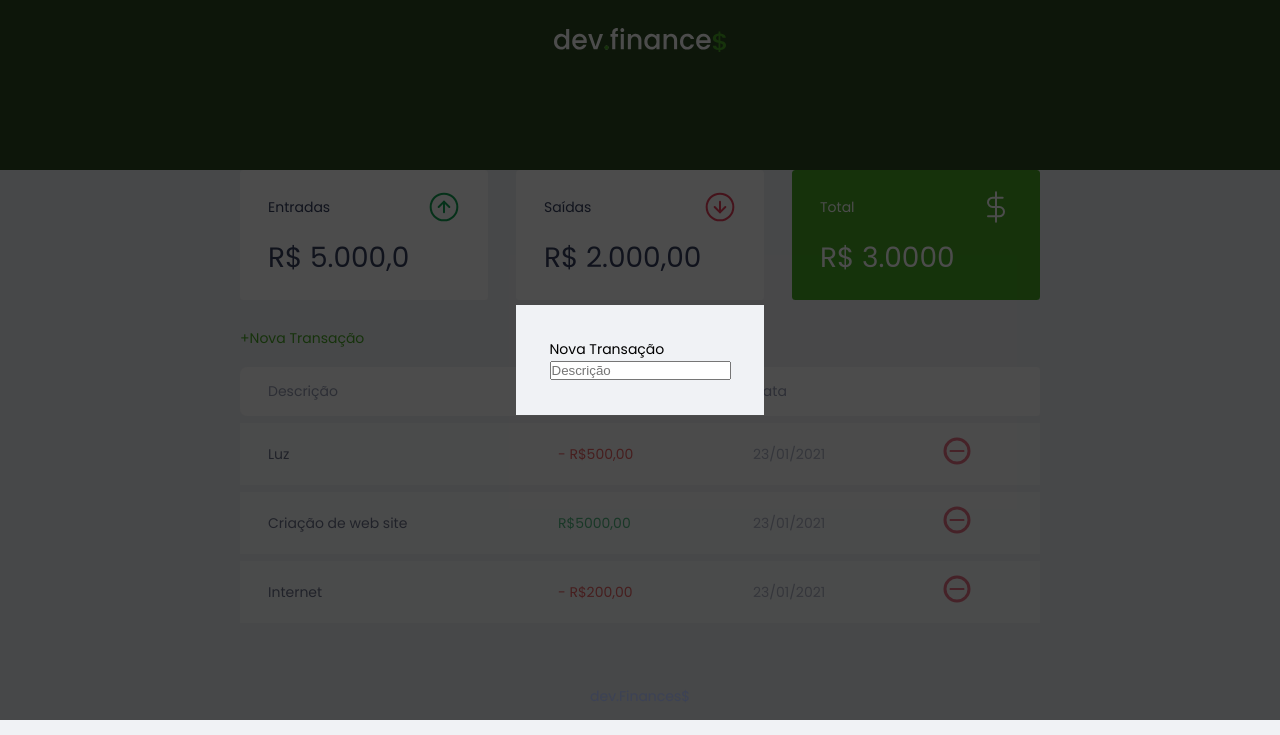
Repository: rafaelmgr12/maratona-dev01
Page: index.html
These files come from the project's save history. The page is drawn as it stood at one moment and after the next save; the edit follows.
The browser window is 1280 px wide. The pictures show the whole page.

Above is the page before, as saved 2021-04-28 11:28:37.

### index.html
<!DOCTYPE html>
<html lang="pt-br">
  <head>
    <meta charset="UTF-8" />
    <meta http-equiv="X-UA-Compatible" content="IE=edge" />
    <meta name="viewport" content="width=device-width, initial-scale=1.0" />
    <title>Rafael-app.finance$</title>
    <link rel="stylesheet" href="style.css" />
    <link rel="preconnect" href="https://fonts.gstatic.com" />
    <link
      href="https://fonts.googleapis.com/css2?family=Poppins:ital,wght@0,100;0,400;0,700;1,100;1,400;1,700&display=swap"
      rel="stylesheet"
    />
  </head>
  <body>
    <header>
      <img src="./assets/logo.svg" alt="Logo dev.Finance" />
    </header>
    <main class="container">
      <section id="balance">
        <h2 class="sr-only">Balanço</h2>

        <div class="card">
          <h3>
            <span>Entradas </span>
            <img src="./assets/income.svg" alt="Imagem de entradas" />
          </h3>
          <p>R$ 5.000,0</p>
        </div>
        <div class="card">
          <h3>
            <span>Saídas</span>
            <img src="./assets/expense.svg" alt="Image de saídas" />
          </h3>
          <p>R$ 2.000,00</p>
        </div>
        <div class="card total">
          <h3>
            <span>Total</span>
            <img src="./assets/total.svg" alt="Image de total" />
          </h3>
          <p>R$ 3.0000</p>
        </div>
      </section>
      <section id="transaction">
        <h2 class="sr-only">Transações</h2>

        <a href="#" class="button new">+Nova Transação</a>

        <table id="data-table">
          <thead>
            <tr>
              <th>Descrição</th>
              <th>Valor</th>
              <th>Data</th>
              <th></th>
            </tr>
          </thead>
          <tbody>
            <tr>
              <td class="description">Luz</td>
              <td class="expense">- R$500,00</td>
              <td class="date">23/01/2021</td>
              <td><img src="./assets/minus.svg" alt="Retirar Transação" /></td>
            </tr>
            <tr>
              <td class="description">Criação de web site</td>
              <td class="income">R$5000,00</td>
              <td class="date">23/01/2021</td>
              <td><img src="./assets/minus.svg" alt="Retirar Transação" /></td>
            </tr>
            <tr>
              <td class="description">Internet</td>
              <td class="expense">- R$200,00</td>
              <td class="date">23/01/2021</td>
              <td><img src="./assets/minus.svg" alt="Retirar Transação" /></td>
            </tr>
          </tbody>
        </table>
      </section>
    </main>
    <div class="modal-overlay active">
      <div class="modal">
        Nova Transação
        <form action="">
          <div class="input-group">
            <label for="description"> </label>
            <input type="text"
                    id = "description"
                    name= "description"
                    placeholder="Descrição"
            />
          </div>
        </form>
      </div>
    </div>
    <footer>dev.Finances$</footer>
  </body>
</html>

### style.css
/* Global ======================================== */
:root {
  --dark-blue: #363f5f;
}
* {
  margin: 0;
  padding: 0;
  box-sizing: border-box;
}

html{
  font-size: 93.75%; /* 15px */
}

body {
  background: #f0f2f5;
  font-family: "Poppins", sans-serif;
}
/*Tricks para sumir elementos da tela, mantendo a funcionalidade de um screenreader*/
.sr-only{
  position: absolute;
  width: 1px;
  height: 1px;
  padding: 0;
  margin: -1px;
  overflow: hidden;
  clip: rect(0,0,0,0);
  white-space: nowrap;
  border-width: 0;

}
.container {
  width: min(90vw, 800px);
  margin: auto;
}
/* Titles ======================================== */
h2 {
  margin-top: 3.2rem;
  margin-bottom: 0.8rem;
  color: var(--dark-blue);

  font-weight: normal;
}
/* Links and Buttons ======================================== */
a{
  color: #49aa26;
  text-decoration: none;
}

a:hover {
  color: #3dd705;
}

.button.new{
  display: inline-block;
  margin-bottom: .8rem;

}


/* Header ======================================== */
header {
  background: #2d4a22;
  padding: 2rem 0 8rem;
  text-align: center;
}

#logo {
  color: #fff;
  font-weight: 100;
}

/* Balance ======================================== */
balance {
  margin-top: -8rem;
}

balance h2 {
  color: white;
  margin-top: 0;
}

/* Cards ======================================== */

.card {
  background : white;
  padding: 1.5rem 2rem;
  border-radius: 0.25rem;

  margin-bottom: 2rem;

  color: var(--dark-blue);
}

.card h3 {
  font-weight: normal;
  font-size: 1rem;
  display : flex;
  align-items: center;
  justify-content: space-between;
}

.card p {
  font-size: 2rem;
  line-height: 3rem;

  margin-top: 1rem;
}

.card.total {
  background: #49aa26;
  color: white;
}
/* Table  ======================================== */
#transaction {
  display: block;
  width: 100%;
  overflow-x: auto;
}
#data-table {

  width: 100%;
  border-spacing: 0 0.5rem;
  color: #969cb3;

  overflow-x: auto; /*Para lidar com transbordamento do container*/
}
table thead tr th:first-child,
table thead tr td:first-child
{
  border-radius: 0.5rem 0 0 0.5rem;
}

table thead tr th:last-child,
table thead tr td:last-child {
  border-radius: 0 0.25rem 0.25rem 0 ;

}

table thead th {
  background: white;

  font-weight: normal;
  padding: 1rem 2rem;
  text-align: left;
}
table tbody tr {
  opacity: 0.7;
}
table tr:hover {
  opacity: 1;
}
table tbody td {
  background: white;
  padding: 1rem 2rem;
}

td.description {
  color: var(--dark-blue);
}

td.income {
  color: #12a454;
}
td.expense {
    color : #e92929;
}
/* Modal ======================================== */
.modal-overlay{
  width: 100%;
  height: 100%;

  background-color: rgb(0,0,0,0.7);
  position: fixed;
  top: 0;

  display:flex;
  align-items: center;
  justify-content: center;

  opacity: 0;
  visibility: hidden
}
.modal-overlay.active {
  opacity: 1;
  visibility : visible;
}
.modal{
  background : #f0f2f5;
  padding : 2.4rem;
  position: relative;
}


/* footer ======================================== */
footer {
  text-align: center;
  padding : 4rem 0 2rem;
  color: var(--dark-blue);

  opacity : 0.6;
}
/* Responsive ======================================== */

@media(min-width: 800px){
  html{
    font-size: 87.5%;

  }
  #balance{
    display: grid;
    grid-template-columns: repeat(3,1fr);
    gap: 2rem;

  }
}

After the next save:
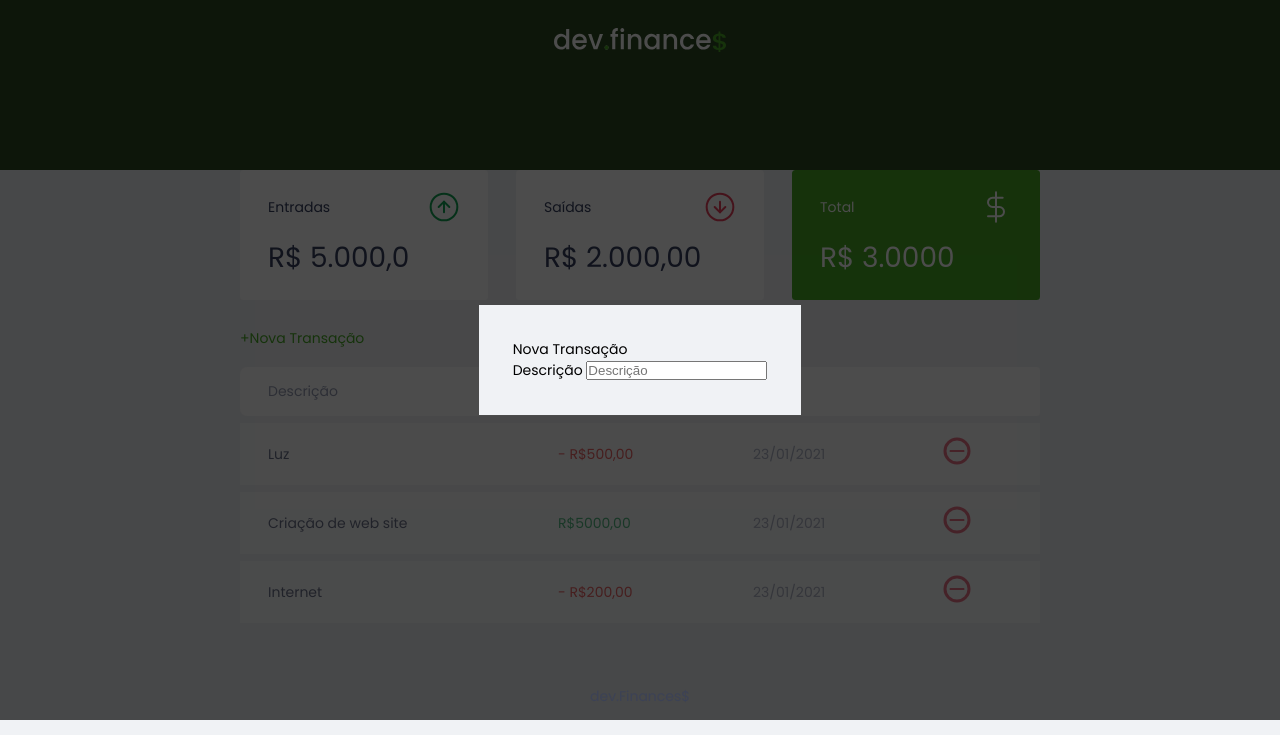
Saved 12 s later.
--- a/index.html
+++ b/index.html
@@ -84,7 +84,7 @@
         Nova Transação
         <form action="">
           <div class="input-group">
-            <label for="description"> </label>
+            <label for="description"> Descrição </label>
             <input type="text"
                     id = "description"
                     name= "description"

After the save that followed:
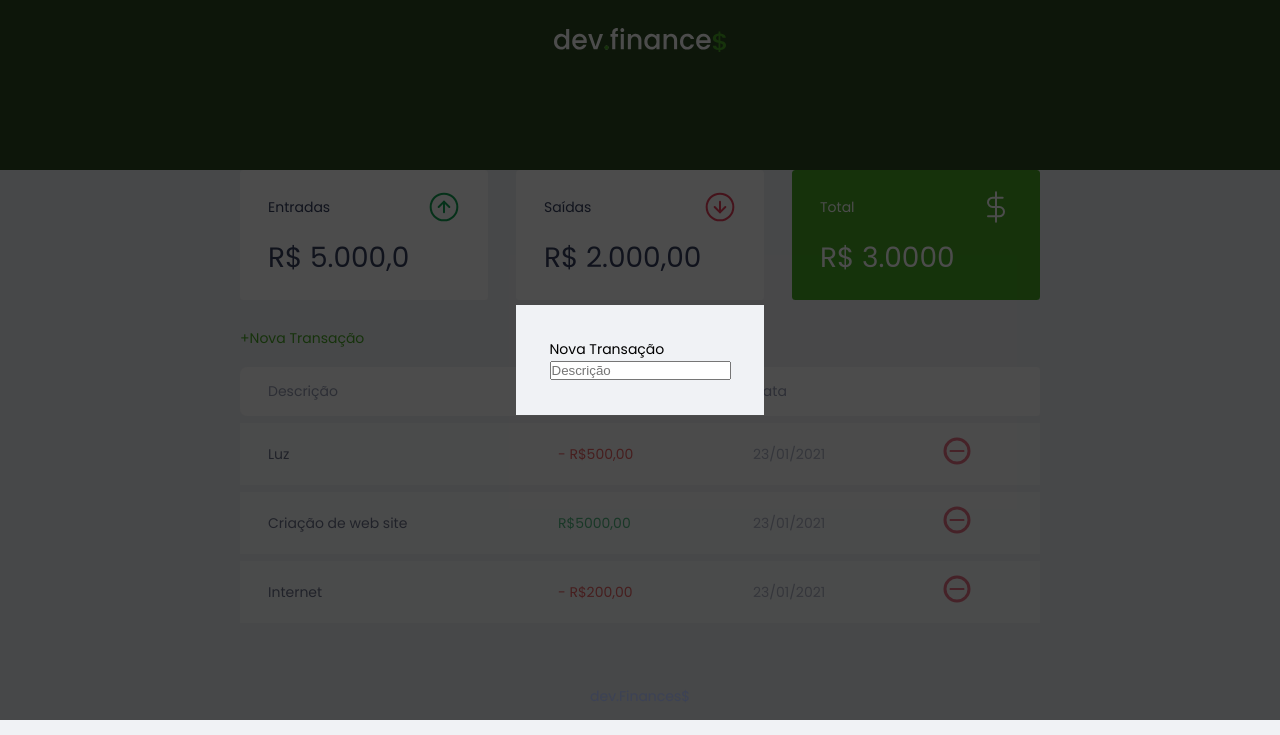
Saved 22 s later.
--- a/index.html
+++ b/index.html
@@ -84,7 +84,7 @@
         Nova Transação
         <form action="">
           <div class="input-group">
-            <label for="description"> Descrição </label>
+            <label class="sr-only" for="description"> Descrição </label>
             <input type="text"
                     id = "description"
                     name= "description"
